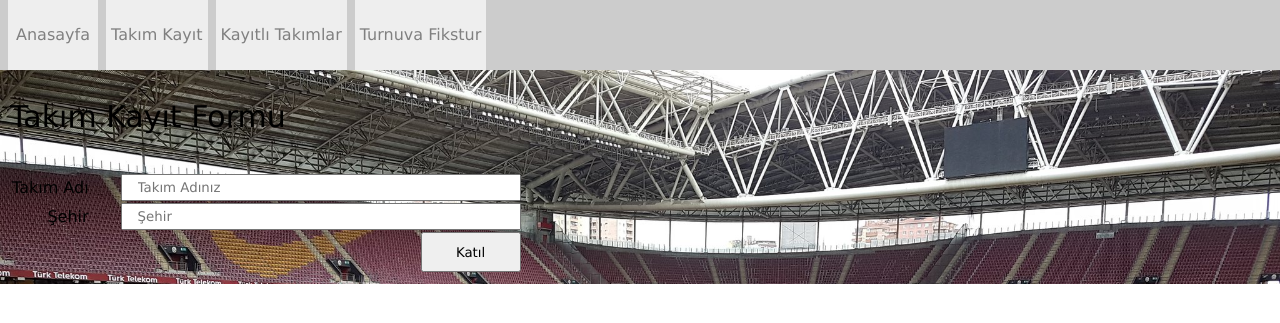
Repository: oktembaris77/internet_final
Page: http://localhost/internetfinal/takim_kayit.jsp
These files come from the project's save history. The page is drawn as it stood at one moment and after the next save; the edit follows.
The browser window is 1280 px wide. The pictures show the whole page.
The page is served by Tomcat 9. Other server files are loaded and not shown.

Above is the page before, as saved 2020-05-11 20:10:52.

### internetfinal/WebContent/takim_kayit.jsp
<%@ page language="java" contentType="text/html; charset=UTF-8"
    pageEncoding="UTF-8"%>
<!DOCTYPE html>
<html>
<head>
<meta charset="ISO-8859-1">
<title>Takım Kayıt</title>
<meta charset="utf-8"/>
<style>
*{
	margin:0;padding:0;
	font-family:"verdana";
}

#ustmenu{
width:100%;
height:70px;
background-color:#ccc;
}
a{
text-decoration:none;
color:gray;
}
a:hover{
text-decoration:none;
color:white;
}
#sayfabtn{
height:70px;
min-width:90px;
background-color:#eee;
color:white;
text-align:center;
margin-left:8px;
text-decoration:none;
padding:0px 5px 0px 5px;
box-sizing:border-box;
line-height:70px;
float:left;
}

#sayfabtn:hover{
transition:0.2s;
background-color:#ccc;
border:1px solid #ccc;
box-shadow: 1px 2px 1px 1px gray;
}

#icerik{
width:100%;
height:100%;
background-color:#eee;
padding:10px;
box-sizing:border-box;
background-image:url("saha.jpg");
background-size:cover;
}

td{
text-align:right;
}
#inputtext{
height: 27px;
width: 400px;
margin-left:30px;
padding-left:15px;
box-sizing:border-box;
}
.baslik{
font-size:30px;

}
#btn{
height:40px;
width:100px;
}

</style>
</head>
<body>
	<div id="ustmenu">
		<div id="sayfabtn">
			<a href = "index.jsp">Anasayfa</a>
		</div>
		<div id="sayfabtn">
			<a href = "takim_kayit.jsp">Takım Kayıt</a>
		</div>
		<div id="sayfabtn">
			<a href = "kayitli_takimlar.jsp">Kayıtlı Takımlar</a>
		</div>
		<div id="sayfabtn">
			<a href = "turnuva_fikstur.jsp">Turnuva Fikstur</a>
		</div>
	</div>

	<div id="icerik">
	<br>
	<p class="baslik">Takım Kayıt Formu</p><br><br>
		<form name="takimkayit" action="TakimKayitServlet" method="post">
			<table>
				<tr>
					<td>Takım Adı </td>
					<td><input placeholder="Takım Adınız" id="inputtext" type="text" name="takimadi"></td>
				</tr>
				<tr>
					<td>Şehir </td>
					<td><input placeholder="Şehir" id="inputtext" type="text" name="sehir"></td>
				</tr>
				<tr>
					<td></td>
					<td><input value="Katıl" id="btn" type="submit"></td>
				</tr>
			</table>


		</form>
	</div>



</body>
</html>

After the next save:
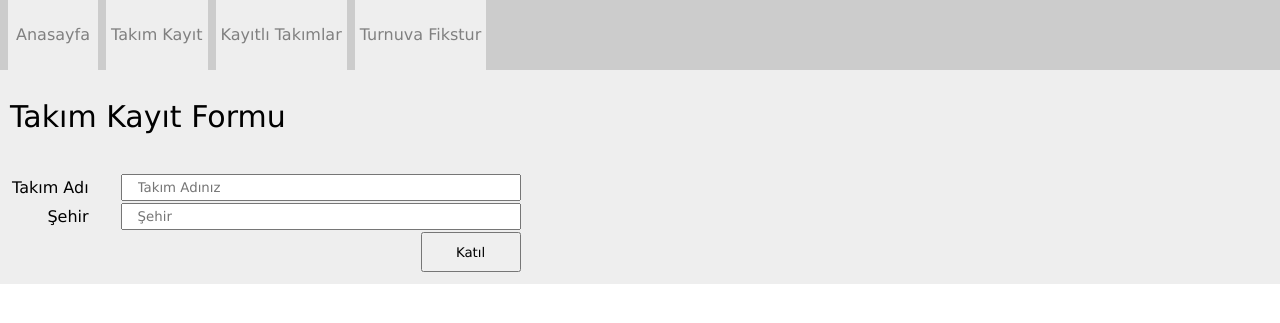
Saved 14 s later.
--- a/internetfinal/WebContent/takim_kayit.jsp
+++ b/internetfinal/WebContent/takim_kayit.jsp
@@ -52,8 +52,7 @@
 background-color:#eee;
 padding:10px;
 box-sizing:border-box;
-background-image:url("saha.jpg");
-background-size:cover;
+
 }
 
 td{
